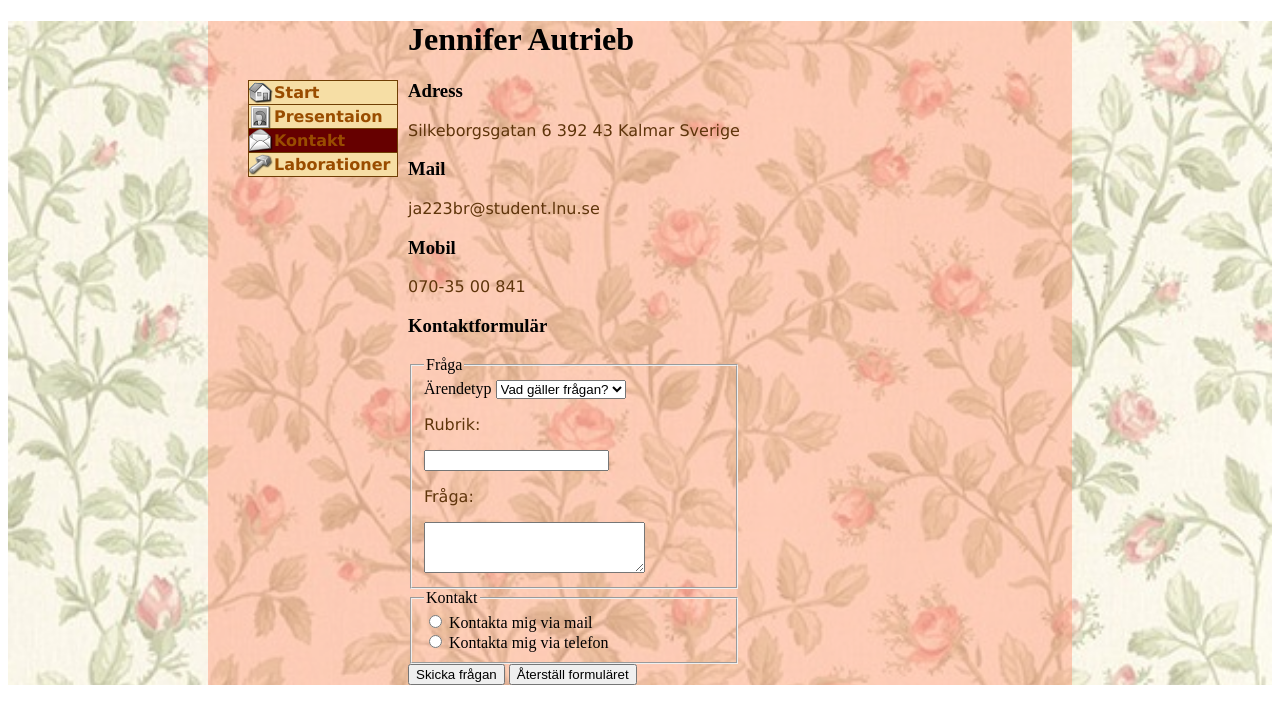
Repository: JeAut/1ik415-JeAut-laborationer
Page: WWW/pages/kontakt.html
The author's editor kept a record of every edit. The page is drawn from the files as they stood at one moment, then again after the next edit.
The browser window is 1280 px wide. The pictures show the whole page.

Above is the page before.

### WWW/pages/kontakt.html
<!DOCTYPE html>
<html>
    <head>
        <meta http-equiv="content-type" content="text/html; charset=utf-8" />
        <title>Kontakt</title>

        <link rel="stylesheet" href="../../css/style.css"/>
        <link rel="shortcut icon" href="../pics/favicon.ico" type="image/x-icon"/>
    </head>
    <body>
    <div id="bgimage">
        <div id="body">
        <div id="header"><h1>Jennifer Autrieb</h1></div>

        <ul class="sidemenu">
            <div id="navigation">
            <div id="bc">
            <div id="ulsidemenu">
            <div id="ulsidemenu2">
            <li><a href="../index.html" class="buttonstart"> Start</a></li>
            </div>
            <div id="ulsidemenu2">
            <li><a href="Presentation.html" class="buttonpresent"> Presentaion</a></li>
            </div>
            <div id="ulsidemenu2">
            <li><a href="kontakt.html" class="active buttonkontakt"> Kontakt</a></li>
            </div>
            <div id="ulsidemenu2">
            <li><a href="laborationer.html" class="buttonlabb"> Laborationer</a></li>
            </div>
            </div>
            </div>
            </div>
        </ul>

        <div id="container"><h3>Adress</h3>
        <p>Silkeborgsgatan 6
        392 43 Kalmar
        Sverige</p>

        <h3>Mail</h3>
        <p>ja223br@student.lnu.se</p>

        <h3>Mobil</h3>
        <p>070-35 00 841</p>




        <h3>Kontaktformulär</h3>

        <form id="formulär" name="formulär" method="post" action="http://voyager.lnu.se/tekinet/kurser/dtt/wp_webbintro/form.php">
        <fieldset style="width: 300px;">
            <legend>Fråga</legend>
            <label for="select">Ärendetyp</label>
            <select name="Ärende" id="Ärende">
            <option>Vad gäller frågan?</option>
            <option>Allmänna frågor</option>
            <option>Publikationer</option>
            <option>Kontakt</option>
            </select>
            <p><label for="rubrik">Rubrik:</label></p>
            <input type="text" name="rubrik" id="rubrik" />
            <p><label for="fraga">Fråga:</label></p>
            <textarea name="fraga" id="fraga" cols="25" rows="3"
            wrap="physical"></textarea>
        </fieldset>
        <fieldset style="width: 300px;">
            <legend>Kontakt</legend>


            <input type="radio" name="kontakt" id="mail" value="mail" />
            <label for="var">Kontakta mig via mail</label> <br />

            <input type="radio" name="kontakt" id="telefon" value="telefon" />
            <label for="sommar">Kontakta mig via telefon</label> <br />
        </fieldset>

        <input type="submit" name="submit" id="submit" value="Skicka frågan" />
        <input type="reset" name="reset" id="reset" value="Återställ formuläret" />
         </form>
        </div>
        </div>
        </div>
    </body>
</html>

### css/style.css
/*Layout*/

#navigation {
    display:block;
    float:left;
}

#container {
    display:block;
    margin-left:200px;
}

#header {
    display:block;
    margin-left:200px;
}

#body {
    margin-right:200px;
    margin-left:200px;
    background-color: rgba(255, 139, 102, 0.4);
}

#bgimage {
    background-image:url(floral.jpg);
    -webkit-background-size: cover;
    -moz-background-size: cover;
    -o-background-size: cover;
    background-size: cover;
}

#image {
    float:right;
    border-left:4px solid #000;
    border-right:4px solid #000;
    border-top:4px solid #000;
    border-bottom:4px solid #000;
    display:block;
}


#image2 {
    float:left;
    border-left:4px solid #000;
    border-right:4px solid #000;
    border-top:4px solid #000;
    border-bottom:4px solid #000;
    display:block;
}




/*Listelement <li> meny*/

#bc {
    background-color:#D8B774;
}

#ulsidemenu {
    padding:0px;
    margin:0px;
    list-style:none;
    font-family:Verdana, Arial, Helvetica, sans-serif;
    border-bottom:1px solid #6F3E04;
    width:150px;
    background-color:#F6DEA5;
}

#ulsidemenu2 {
    border-top:1px solid #6F3E04;
    border-left:1px solid #6F3E04;
    border-right:1px solid #6F3E04;
}

#ulsidemenu3 {
    border-top:1px solid #6F3E04;
    border-left:1px solid #6F3E04;
    border-right:1px solid #6F3E04;
}

#ulsidemenu4 {
    border-top:1px solid #6F3E04;
    border-left:1px solid #6F3E04;
    border-right:1px solid #6F3E04;
}

#ulsidemenu5 {
    border-top:1px solid #6F3E04;
    border-left:1px solid #6F3E04;
    border-right:1px solid #6F3E04;
}

a {
    text-decoration:none;
    display:block;
    width:128px;
    color:#994C00;
    font-weight:bold;
    padding:2px 10px;
}
a:hover {
    background-color:#B9BB79;
    color:#EEEEDC;
}


/*Typografi*/

p {
    color:#5F350B;
    font-family:Verdana, Arial, Helvetica, sans-serif;
}

p1 {
    color:#29640F;
    font-family:"Trebuchet MS", Helvetica, sans-serif;
}

.active {
    background-color:#660000;
}

/*Sprites*/

.buttonstart {
    background-image:url(../WWW/pics/sprite.png);
    background-repeat:no-repeat;
    background-position:0px -48px;
    text-indent:15px;
}

.buttonstart:hover {
    background-image:url(../WWW/pics/sprite.png);
    background-repeat:no-repeat;
    background-position:0px 0px;
    text-indent:15px;
}

.buttonpresent {
    background-image:url(../WWW/pics/sprite.png);
    background-repeat:no-repeat;
    background-position:0px -239px;
    text-indent:15px;
}

.buttonpresent:hover {
    background-image:url(../WWW/pics/sprite.png);
    background-repeat:no-repeat;
    background-position:0px -192px;
    text-indent:15px;
}

.buttonkontakt {
    background-image:url(../WWW/pics/sprite.png);
    background-repeat:no-repeat;
    background-position:0px -336px;
    text-indent:15px;
}

.buttonkontakt:hover {
    background-image:url(../WWW/pics/sprite.png);
    background-repeat:no-repeat;
    background-position:0px -288px;
    text-indent:15px;
}

.buttonlabb {
    background-image:url(../WWW/pics/sprite.png);
    background-repeat:no-repeat;
    background-position:0px -144px;
    text-indent:15px;
}

.buttonlabb:hover {
    background-image:url(../WWW/pics/sprite.png);
    background-repeat:no-repeat;
    background-position:0px -96px;
    text-indent:15px;
}

After the next edit:
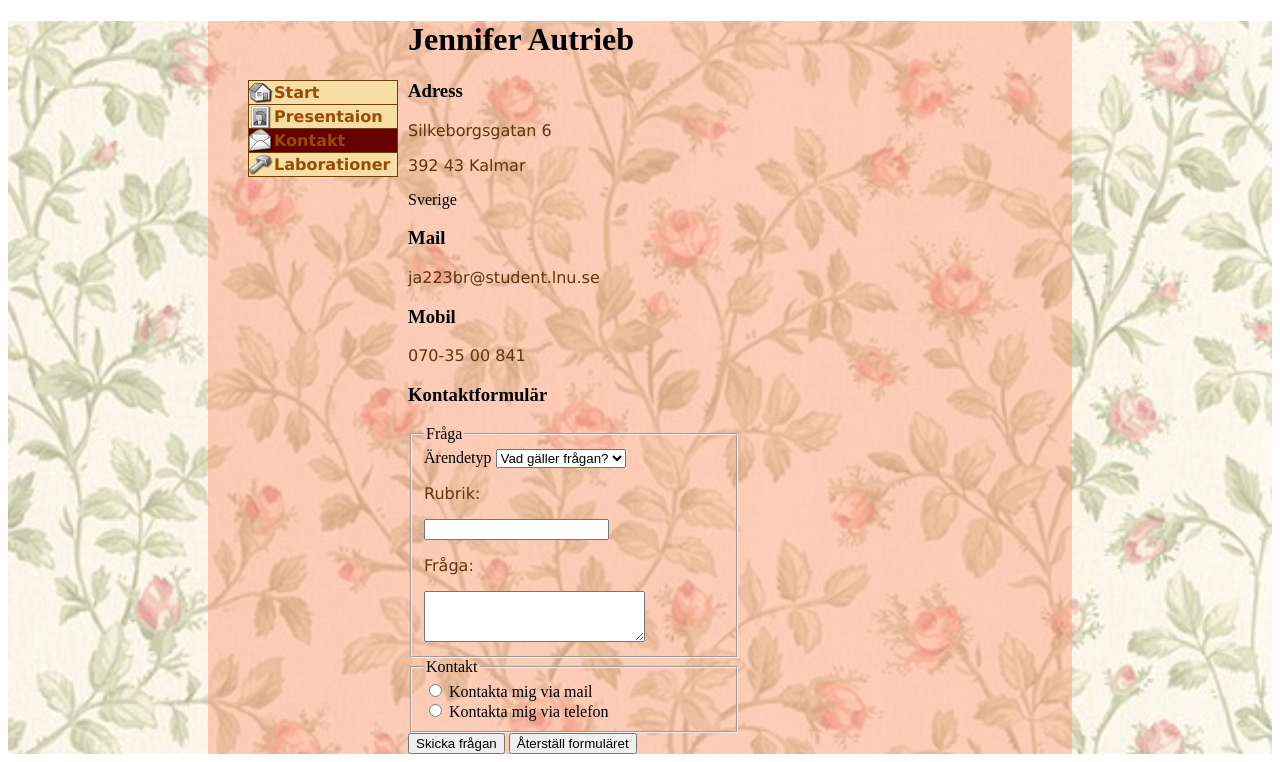
The edit:
--- a/WWW/pages/kontakt.html
+++ b/WWW/pages/kontakt.html
@@ -34,8 +34,8 @@
         </ul>
 
         <div id="container"><h3>Adress</h3>
-        <p>Silkeborgsgatan 6
-        392 43 Kalmar
+        <p>Silkeborgsgatan 6</p>
+        <p>392 43 Kalmar</p>
         Sverige</p>
 
         <h3>Mail</h3>
